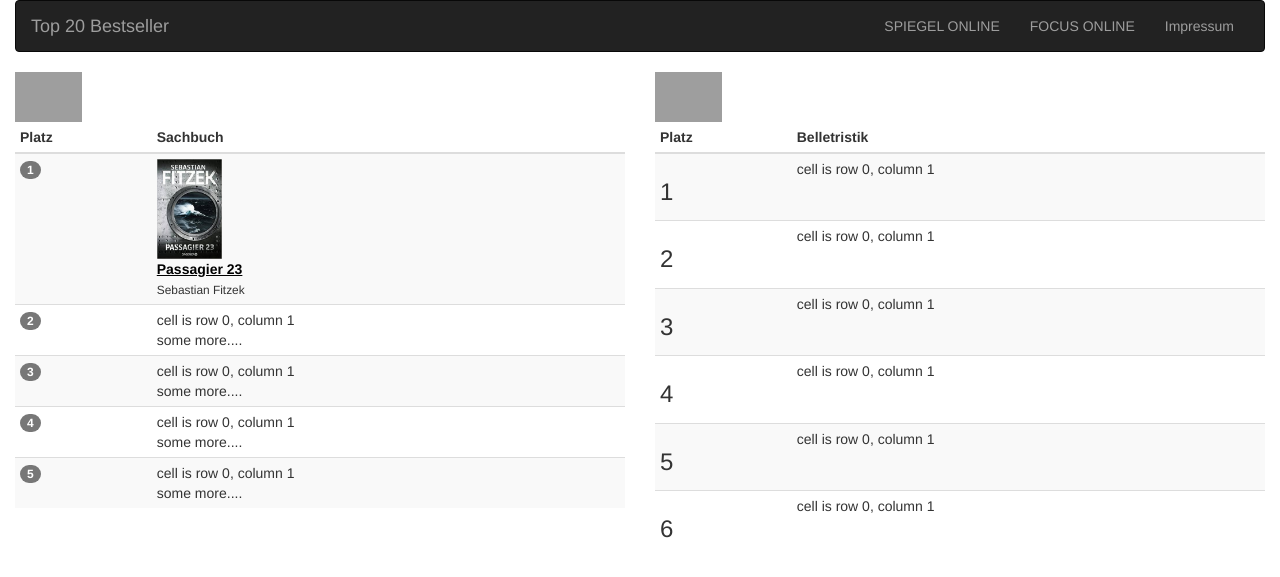
Repository: OdenthalKay/scraper
Page: client/index.html
The author's editor kept a record of every edit. The page is drawn from the files as they stood at one moment, then again after the next edit.
The browser window is 1280 px wide. The pictures show the whole page.
Pictures or frames that could not be fetched are drawn as grey boxes. Some web libraries are served in a nearby version.

Above is the page before.

After the next edit:
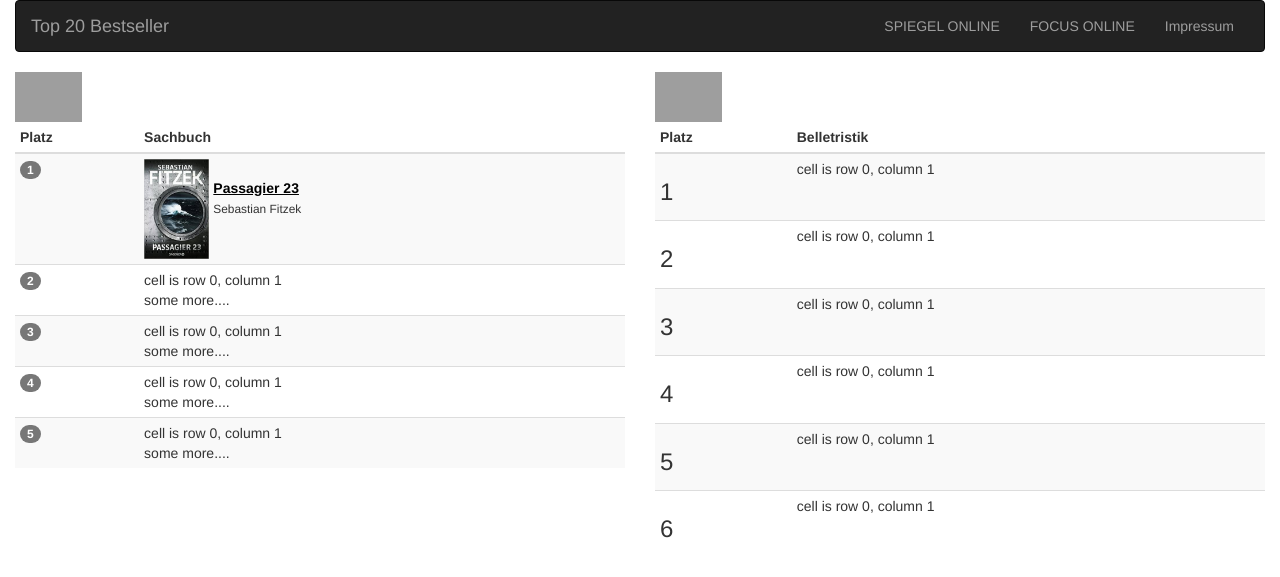
The edit:
--- a/client/index.html
+++ b/client/index.html
@@ -58,7 +58,7 @@
                 </td>
                 <td>
                   <img style="height:100px;width:auto;" src="data:[embedded picture, 25283 characters]"/>
-                  <div>
+                  <div style="display: inline-block;">
                   <a href="" style="color:black;"><strong><u>Passagier 23</u></strong></a></br>
                   <small>Sebastian Fitzek</small>
                   </div>
